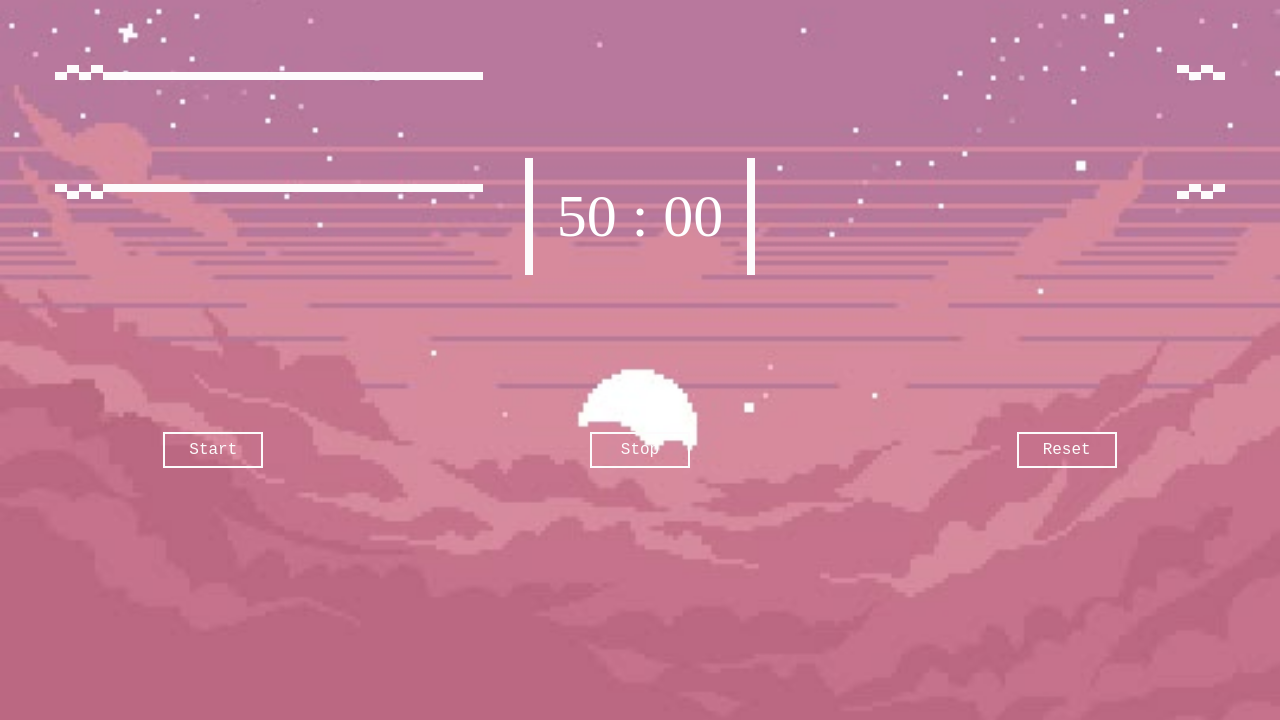
Repository: niharikapatil2306/Study-Timer
Page: index.html
The author's editor kept a copy of each file at every save. The page is drawn from the files as they stood at one save, then again after a run of saves.
The browser window is 1280 px wide. The pictures show the whole page.
Some web fonts or font styles are not loaded; a fallback is used.

Above is the page before, as saved 2025-02-18 18:11:06.

### index.html
<!DOCTYPE html>
<html lang="en">
<head>
    <meta charset="UTF-8">
    <meta name="viewport" content="width=device-width, initial-scale=1.0">
    <title>Study Timer</title>
    <link href="https://fonts.googleapis.com/css2?family=Doto:wght@100..900&family=Pixelify+Sans:wght@400..700&display=swap" rel="stylesheet">

    <link rel="stylesheet" href="style.css" />
</head>
<body style="background-color: black;">
    <div class="container">

        <div class="timer">
            <div class="pixel">
                <div class="square1"></div>
                <div class="square13"></div>
                <div class="square2"></div>
                <div class="square14"></div>
                <div class="square3"></div>
                <div class="line1"></div>
            </div>
            <div class="pixel">
                <div class="square4"></div>
                <div class="square15"></div>
                <div class="square5"></div>
                <div class="square16"></div>
                <div class="square6"></div>
            </div>

            <div class="pixel">
                <div class="square7"></div>
                <div class="square17"></div>
                <div class="square8"></div>
                <div class="square18"></div>
                <div class="square9"></div>
                <div class="line2"></div>
            </div>
            <div class="pixel">
                <div class="square10"></div>
                <div class="square19"></div>
                <div class="square11"></div>
                <div class="square20"></div>
                <div class="square12"></div>
            </div>

            <div class="box">
                <span id="min">
                    50
                </span>
                :
                <span id="sec">
                    00
                </span>
            </div>
        </div>
        <div class="button_container">
            <button id="start">
                Start
            </button>
            <button id="stop">
                Stop
            </button>
            <button id="reset">
                Reset
            </button>
        </div>
    </div>
    <script src="./clock.js"></script>
</body>
</html>

### style.css
body {
    margin: 0;
    padding: 0;
    background: url("./img/bg.jpeg") no-repeat center center fixed;
    background-size: cover;
}

.container{
    height: 100vh;
}

.box{
    border-left: 8px solid #FDFBFC;
    border-right: 8px solid #FDFBFC;
    padding: 24px;
}

.square1{
    position: fixed;
    height: 8px;
    width: 12px;
    left: 47px;
    top: 72px;
    background-color: transparent;
}

.square2{
    position: fixed;
    height: 8px;
    width: 12px;
    left: 55px;
    top: 72px;
    background-color: #FDFBFC;
}

.square3{
    position: fixed;
    height: 8px;
    width: 12px;
    left: 79px;
    top: 72px;
    background-color: #FDFBFC;
}

.line1{
    position: fixed;
    height: 8px;
    width: 380px;
    left: 103px;
    top: 72px;
    background-color: #FDFBFC;
}

.square4{
    position: fixed;
    height: 8px;
    width: 12px;
    right: 79px;
    top: 72px;
    background-color: #FDFBFC;
}

.square5{
    position: fixed;
    height: 8px;
    width: 12px;
    right: 55px;
    top: 72px;
    background-color: #FDFBFC;
}

.square6{
    position: fixed;
    height: 8px;
    width: 12px;
    right: 47px;
    top: 72px;
    background-color: transparent;
}

.square7{
    position: fixed;
    height: 8px;
    width: 12px;
    left: 47px;
    top: 179px;
    background-color: transparent;
}

.square8{
    position: fixed;
    height: 8px;
    width: 12px;
    left: 55px;
    top: 184px;
    background-color: #FDFBFC;
}

.square9{
    position: fixed;
    height: 8px;
    width: 12px;
    left: 79px;
    top: 184px;
    background-color: #FDFBFC;
}

.line2{
    position: fixed;
    height: 8px;
    width: 380px;
    left: 103px;
    top: 184px;
    background-color: #FDFBFC;
}

.square10{
    position: fixed;
    height: 8px;
    width: 12px;
    right: 79px;
    top: 184px;
    background-color: #FDFBFC;
}

.square11{
    position: fixed;
    height: 8px;
    width: 12px;
    right: 55px;
    top: 184px;
    background-color: #FDFBFC;
}

.square12{
    position: fixed;
    height: 8px;
    width: 12px;
    right: 47px;
    top: 181px;
    background-color: transparent;
}

.square13{
    position: fixed;
    height: 8px;
    width: 12px;
    left: 67px;
    top: 65px;
    background-color: #FDFBFC;
}

.square14{
    position: fixed;
    height: 8px;
    width: 12px;
    left: 91px;
    top: 65px;
    background-color: #FDFBFC;
}

.square15{
    position: fixed;
    height: 8px;
    width: 12px;
    right: 67px;
    top: 65px;
    background-color: #FDFBFC;
}

.square16{
    position: fixed;
    height: 8px;
    width: 12px;
    right: 91px;
    top: 65px;
    background-color: #FDFBFC;
}

.square17{
    position: fixed;
    height: 8px;
    width: 12px;
    right: 91px;
    top: 191px;
    background-color: #FDFBFC;
}

.square18{
    position: fixed;
    height: 8px;
    width: 12px;
    right: 67px;
    top: 191px;
    background-color: #FDFBFC;
}

.square19{
    position: fixed;
    height: 8px;
    width: 12px;
    left: 67px;
    top: 191px;
    background-color: #FDFBFC;
}

.square20{
    position: fixed;
    height: 8px;
    width: 12px;
    left: 91px;
    top: 191px;
    background-color: #FDFBFC;
}

.timer{
    font-family: "Doto", serif;
    height: 60vh;
    font-size: 60px;
    color: white;
    display: flex;
    align-items: center;
    justify-content: center;
    font-weight: 500;
    font-variation-settings: "ROND" 0;
}

.button_container{
    display: flex;
    align-items: center;
    justify-content: space-around;
}

button{
    font-family: 'Press Start 2P', monospace;
    border: 2px solid #FDFBFC;
    height: 36px;
    width: 100px;
    background-color: transparent;
    font-size: 16px;
    color: #FDFBFC;
}

/* .start{

} */

### clock.js
let timer;
let timeLeft = 50*60 // 50 minutes
const min = document.getElementById("min");
const sec = document.getElementById("sec");
const startBtn = document.getElementById("start");
const resetBtn = document.getElementById("reset");
const stopBtn = document.getElementById("stop");

function updateDisplay(){
    let minutes = Math.floor(timeLeft/60);
    let seconds = timeLeft%60;
    min.textContent = minutes.toString().padStart(2, "0");
    sec.textContent = seconds.toString().padStart(2, "0");
}

startBtn.addEventListener("click", () => {
    if(!timer){
        timer = setInterval(() => {
            if(timeLeft>0){
                timeLeft--;
                updateDisplay();
            }
            else{
                clearInterval(timer);
                timer = null;
                alert("Take a break!!")
            }
        }, 1000);
    }
});

resetBtn.addEventListener("click", () => {
    clearInterval(timer);
    timer = null;
    timeLeft = 50*60;
    updateDisplay();
});

stopBtn.addEventListener("click", () =>{
    clearInterval(timer);
    timer = null;
})

After the next 3 saves:
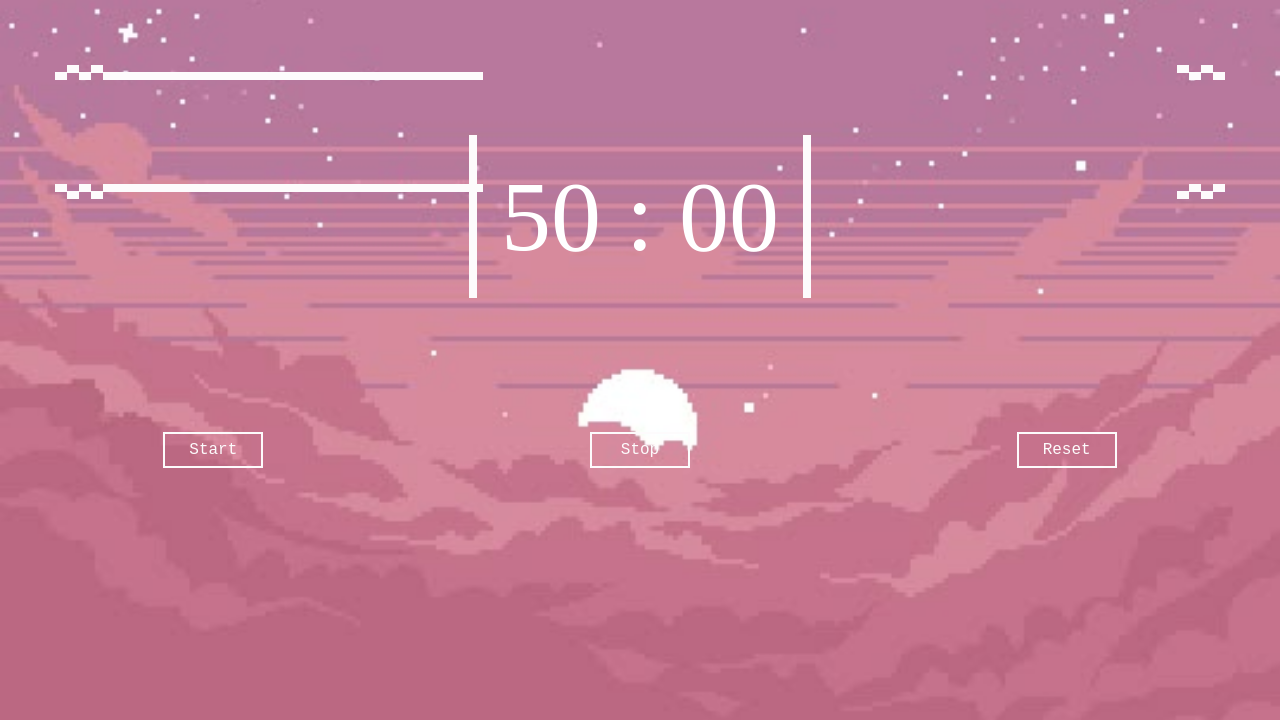
The 3 saves are shown as one change because they came seconds apart.
The last was saved 15 s later.
--- a/style.css
+++ b/style.css
@@ -216,7 +216,7 @@ body {
 .timer{
     font-family: "Doto", serif;
     height: 60vh;
-    font-size: 60px;
+    font-size: 100px;
     color: white;
     display: flex;
     align-items: center;
